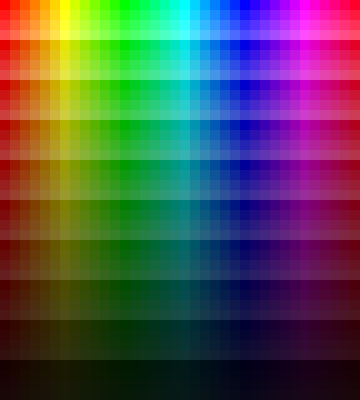
Repository: zhuqinghe/mapf_visualizer
Script's output: python color.py
These files come from the project's save history. The script's output is drawn as it stood at one moment and after the next save; the edit follows.
The window is shown after at most 60 frames with no key pressed. Random numbers start from a fixed seed.

Above is the script's output before, as saved 2021-07-19 18:12:11.

After the next save:
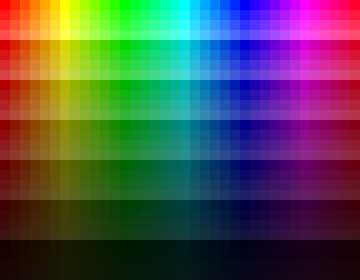
Saved 40 s later.
--- a/color.py
+++ b/color.py
@@ -64,7 +64,7 @@ def k_contrast_color(k_color, HSV_list):
 
 if __name__ == '__main__':
   grid_len = 36
-  grid_wid = 40
+  grid_wid = 28
   grid_size = 10
   win_len = grid_len*grid_size
   win_wid = grid_wid*grid_size
